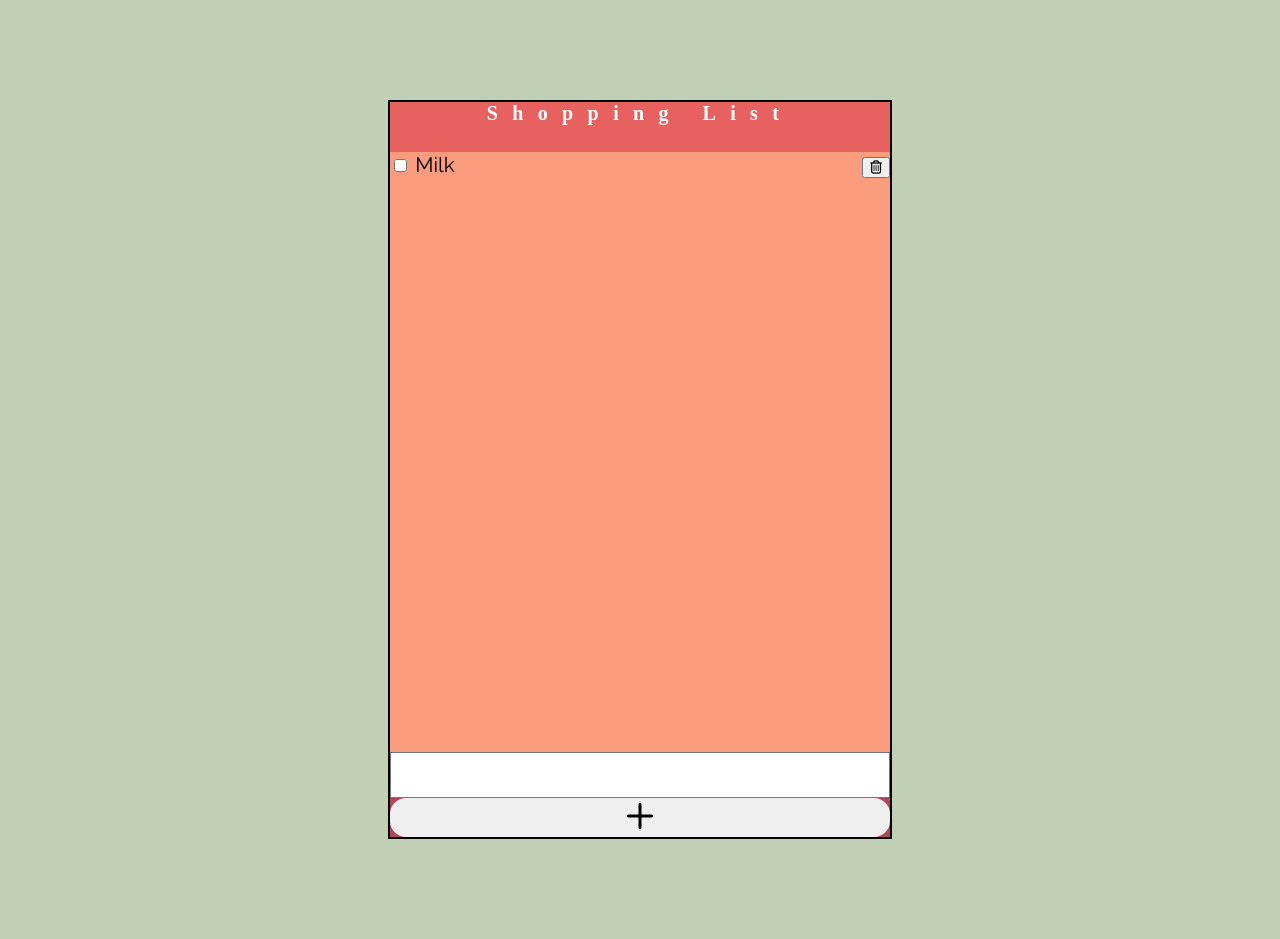
Repository: sephinejo/shopping-list-app
Page: index.html
These files come from the project's save history. The page is drawn as it stood at one moment and after the next save; the edit follows.
The browser window is 1280 px wide. The pictures show the whole page.
Some web fonts or font styles are not loaded; a fallback is used. Some web libraries are served in a nearby version.

Above is the page before, as saved 2023-05-11 22:57:28.

After the next save:
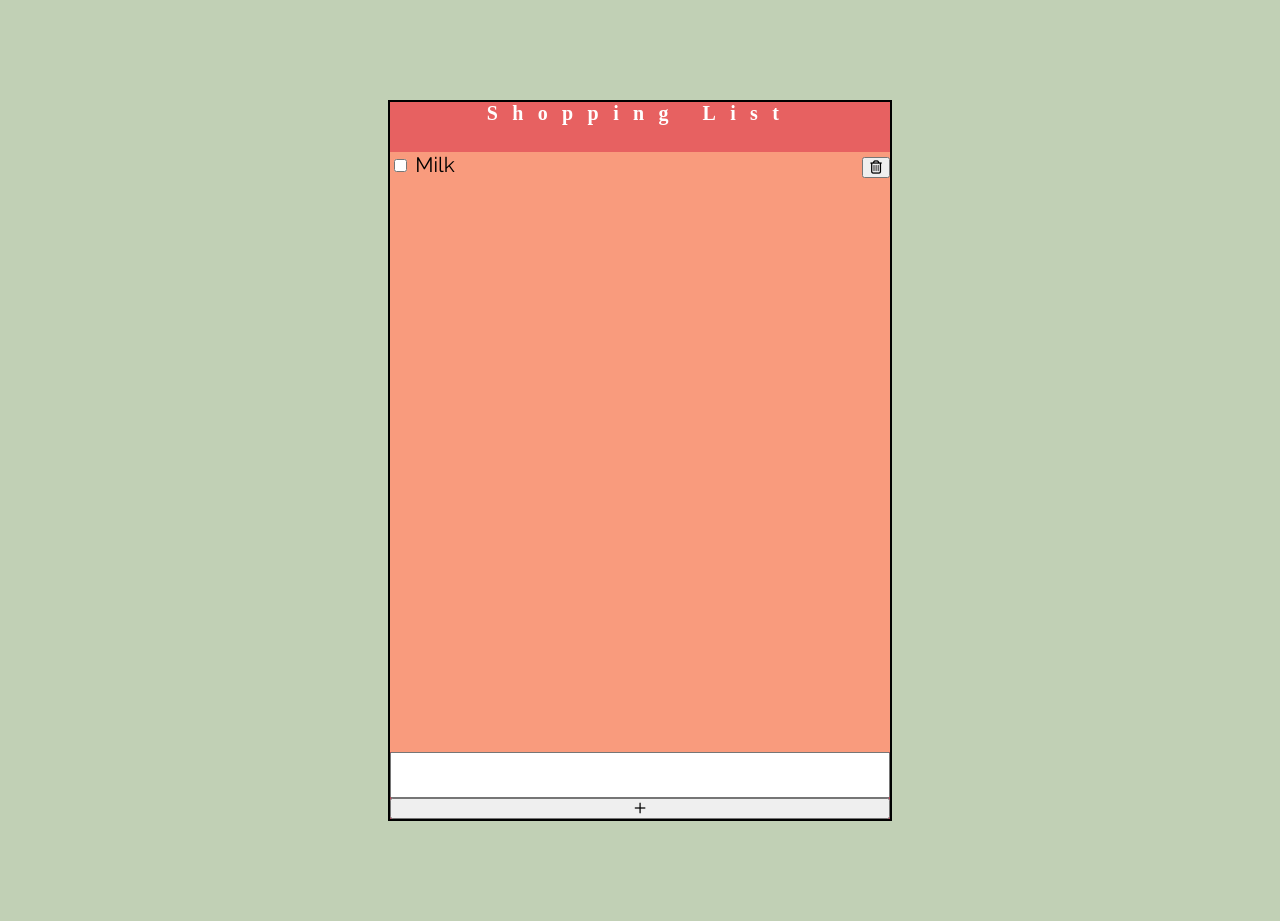
Saved 59 s later.
--- a/index.html
+++ b/index.html
@@ -34,7 +34,7 @@
       </ul>
       <footer>
         <input class="input" type="text" />
-        <button class="add">
+        <button class="footer__button">
           <i class="fa-regular fa-plus"></i>
         </button>
       </footer>

After the save that followed:
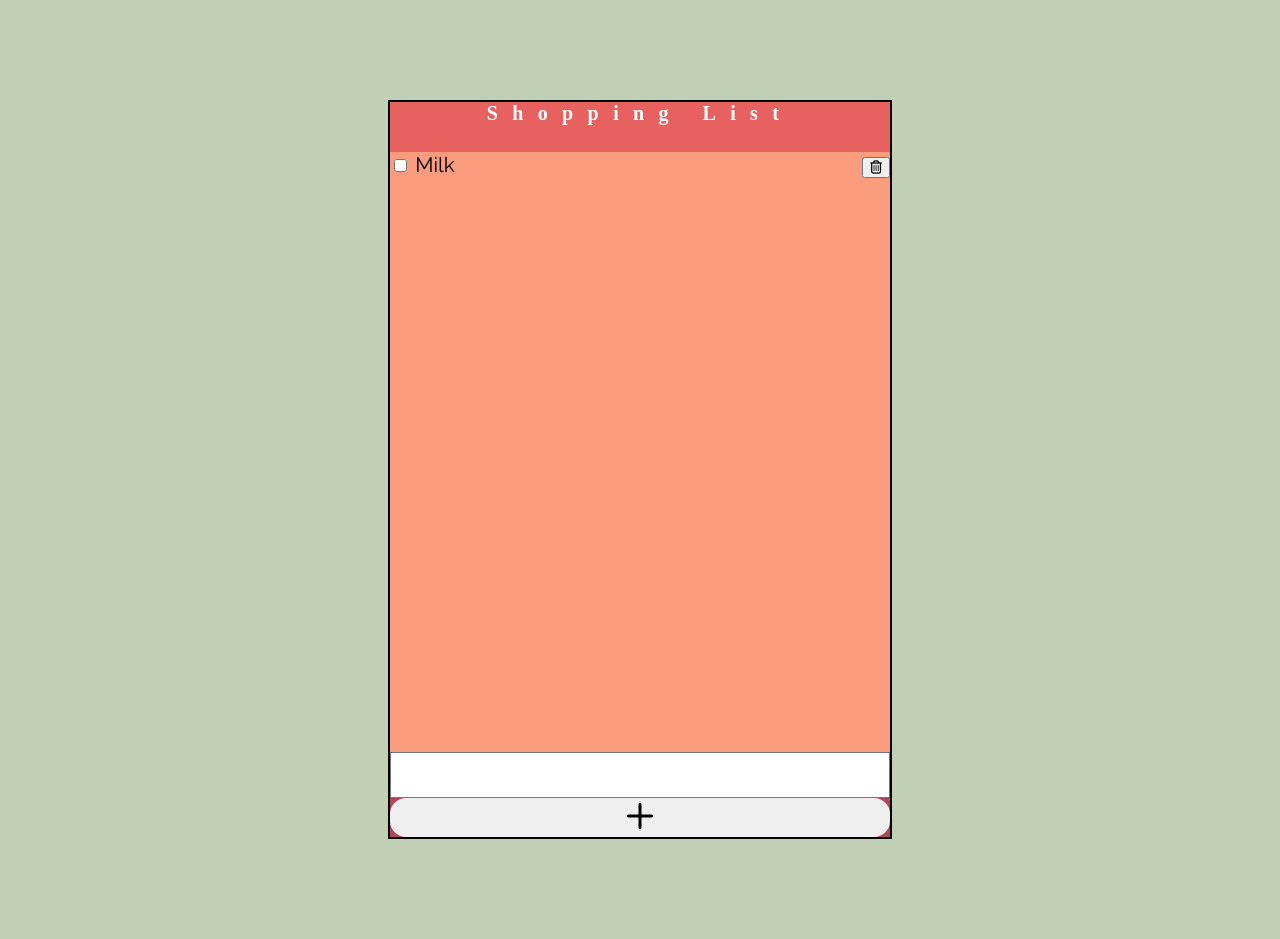
Saved 6 s later.
--- a/style.css
+++ b/style.css
@@ -54,7 +54,7 @@ footer {
   font-size: 1.4rem;
 }
 
-.add {
+.footer__button {
   border-style: none;
   border-radius: 1rem;
   cursor: pointer;
